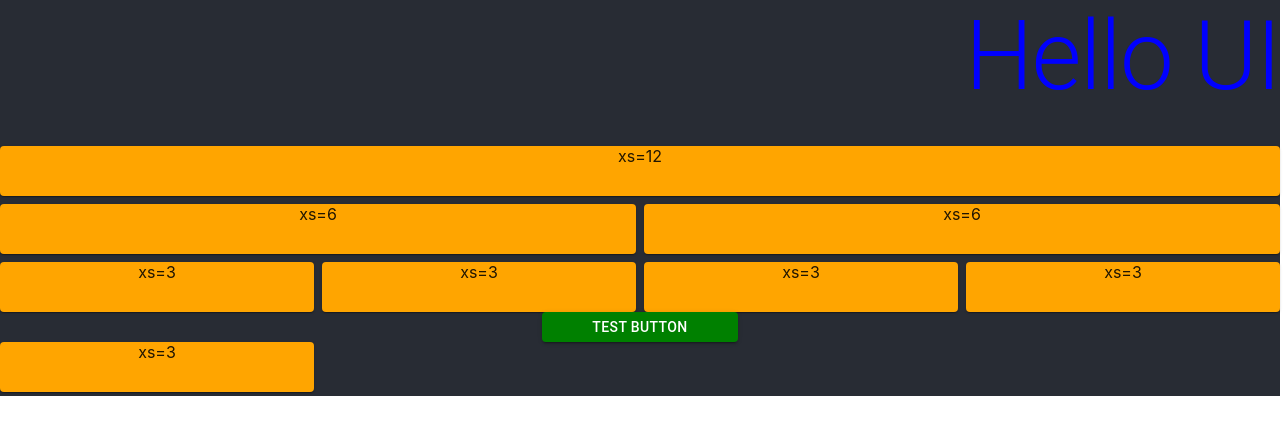
Repository: ShunsukeTanizaki/COVID19-Live
Page: /
These files come from the project's save history. The page is drawn as it stood at one moment and after the next save; the edit follows.
The browser window is 1280 px wide. The page is 1284 px wide, so the pictures cover 1284 px, including what lies to the right of the window. The pictures show the whole page.
The project was rebuilt for these pictures with package versions that can differ from the ones it lists, and the page was loaded fresh each time.

Above is the page before, as saved 2020-11-07 23:45:13.

After the next save:
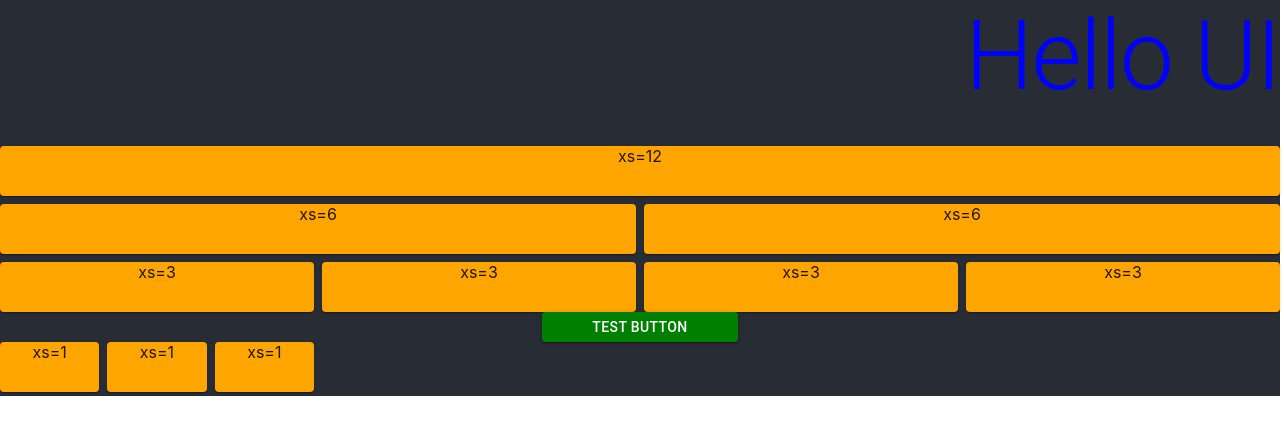
Saved 28 s later.
--- a/src/components/MaterialUI .tsx
+++ b/src/components/MaterialUI .tsx
@@ -62,8 +62,14 @@ const MaterialUI: React.FC = () => {
             </Button>
 
             <Grid container spacing={1}>
-                <Grid item xs={6} md={3}>
-                    <Paper className={classes.paperStyle}>xs=3</Paper>
+                <Grid item xs={1}>
+                    <Paper className={classes.paperStyle}>xs=1</Paper>
+                </Grid>
+                <Grid item xs={1}>
+                    <Paper className={classes.paperStyle}>xs=1</Paper>
+                </Grid>
+                <Grid item xs={1}>
+                    <Paper className={classes.paperStyle}>xs=1</Paper>
                 </Grid>
             </Grid>
         </div>
